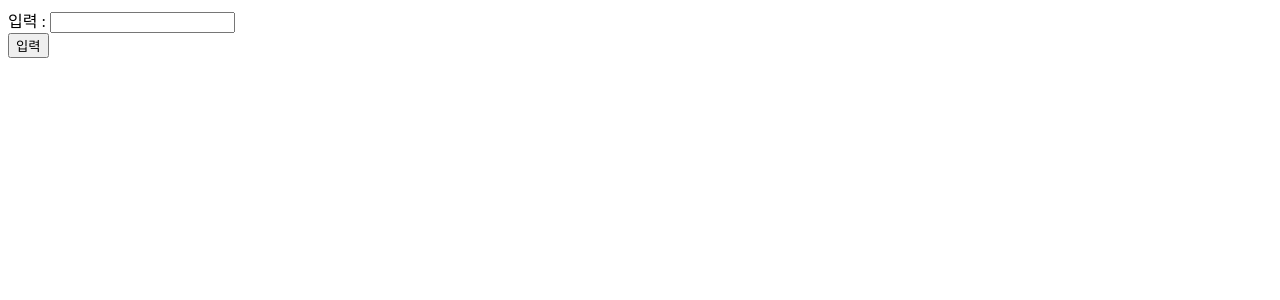
Repository: suhong99/JqueryLecture
Page: sample01/src/main/webapp/index2.html
The author's editor kept a copy of each file at every save. The page is drawn from the files as they stood at one save, then again after the next save.
The browser window is 1280 px wide. The pictures show the whole page.

Above is the page before, as saved 2023-06-26 02:22:22.

After the next save:
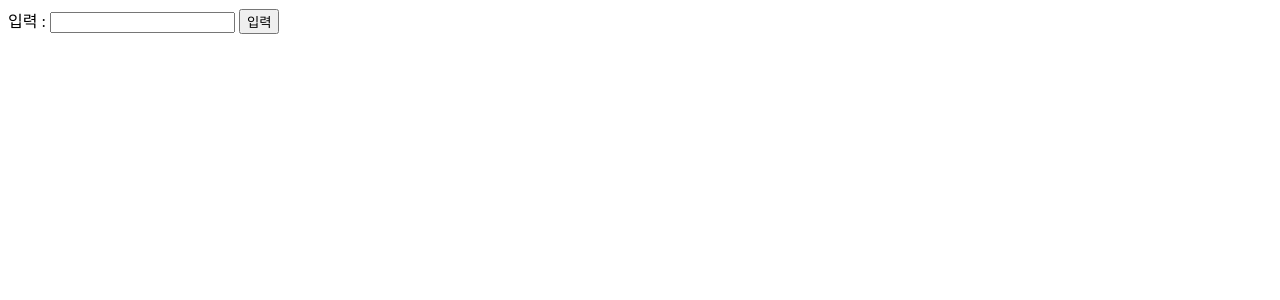
Saved 2 min 23 s later.
--- a/sample01/src/main/webapp/index2.html
+++ b/sample01/src/main/webapp/index2.html
@@ -8,7 +8,13 @@
 </head>
 <body>
  입력 : <input type = "text" id="txt">
- <br>
  <input type="button" id="btn" value="입력">
+
+<script type="text/javascript">
+	function btnclick(){
+		let txt = document.getElementById('txt').value;
+		console.log(txt);
+	}
+</script>
 </body>
 </html>
